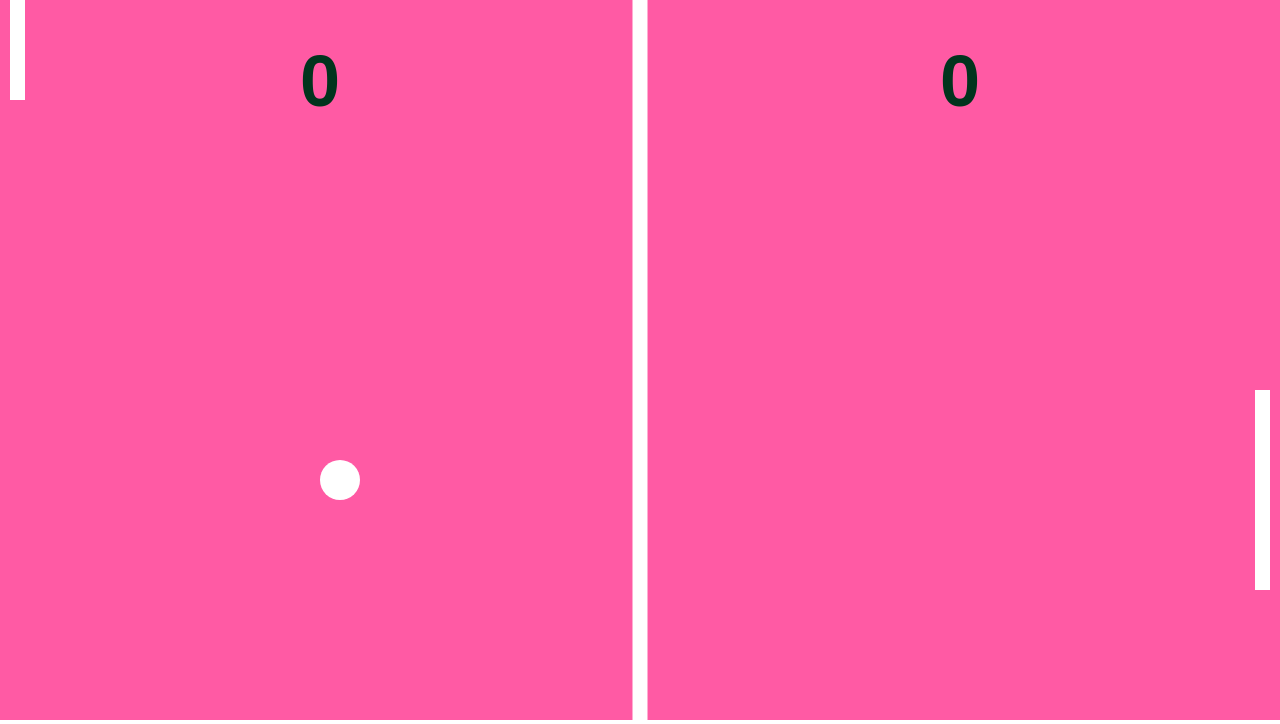
Repository: AkirahCarvalho/ping_pong
Page: index.html
These files come from the project's save history. The page is drawn as it stood at one moment and after a run of saves; the edit follows.
The browser window is 1280 px wide. The pictures show the whole page.

Above is the page before, as saved 2024-04-02 15:19:58.

After the next 2 saves:
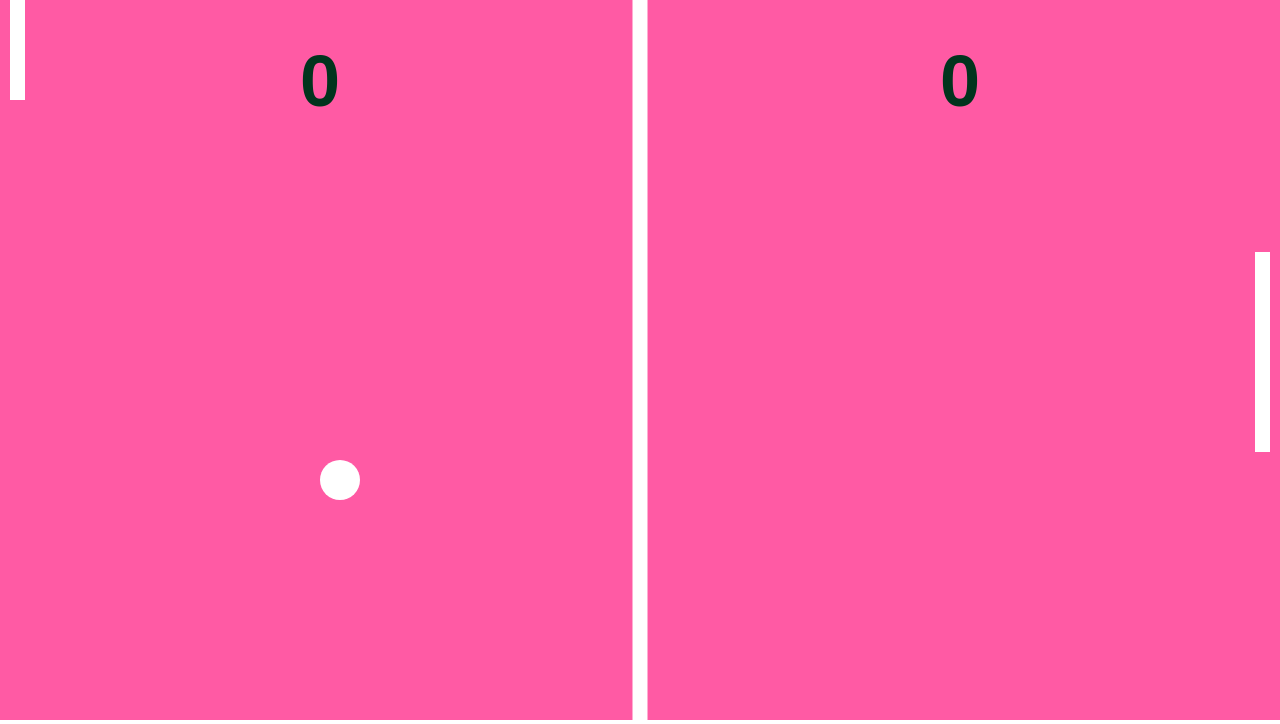
The 2 saves are shown as one change because they came seconds apart.
The last was saved 49 s later.
--- a/index.html
+++ b/index.html
@@ -61,7 +61,7 @@
         y: 0,
         w: line.w,
         h: 200,
-        speed: 5,
+        speed: 3,
         _move: function () {
           if (this.y + this.h / 2 < ball.y + ball.r) {
             this.y += this.speed
